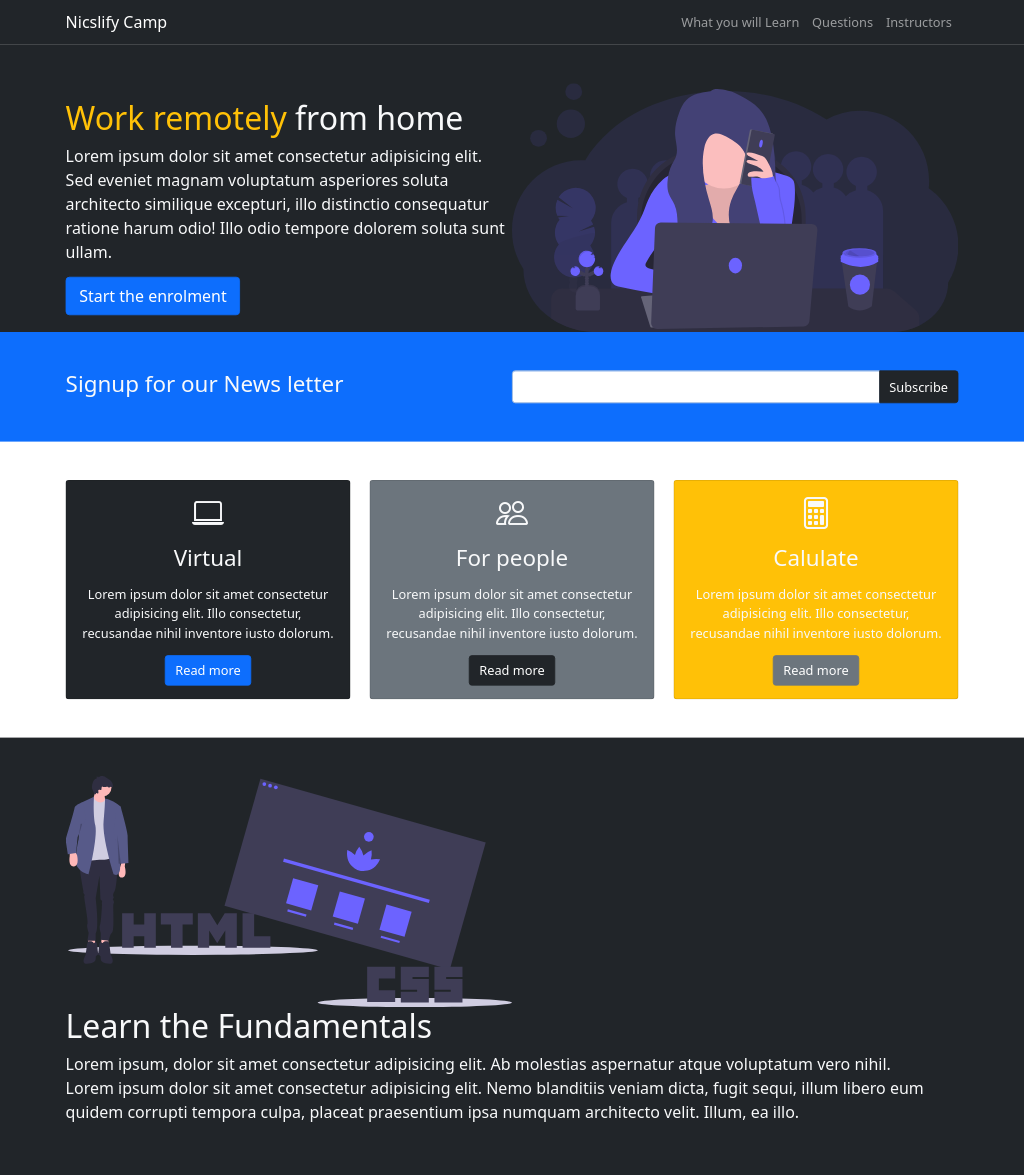
Repository: Eugene44-hub/enrollment-site
Page: index.html
An editor plug-in stored every save of this project. The page is shown before and after a run of saves, followed by the edit.
The browser window is 1280 px wide. The pictures show the whole page, at 80% of full size.
Some web libraries are served in a nearby version.

Above is the page before, as saved 2021-10-20 10:52:09.

After the next 2 saves:
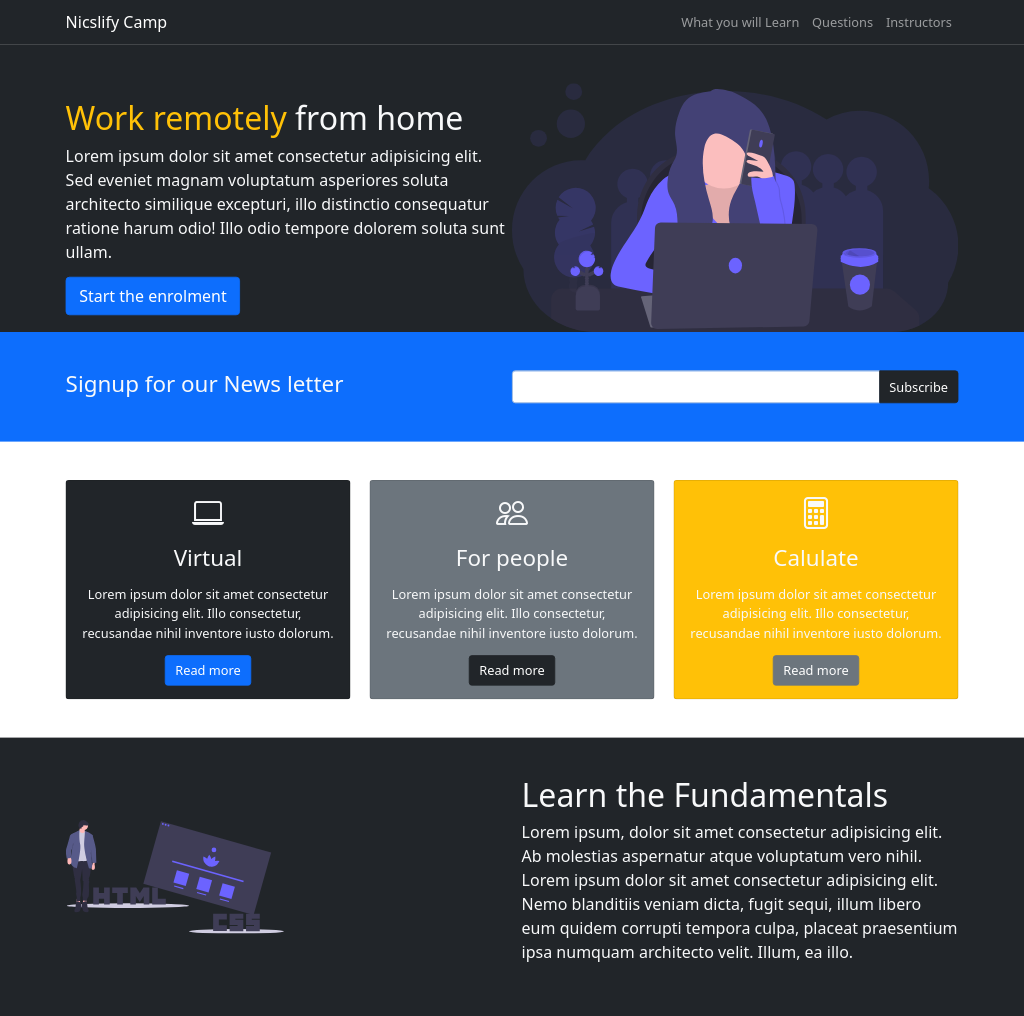
The 2 saves are shown as one change because they came seconds apart.
The last was saved 18 s later.
--- a/index.html
+++ b/index.html
@@ -121,8 +121,8 @@
         <div class="container">
             <div class="row align-items-center">
 
-                <div class="">
-                    <img src="frontend.svg" class="image-fluid w-50 col-md ">
+                <div class="col-md">
+                    <img src="frontend.svg" class="image-fluid w-50  ">
                 </div>
 
 
